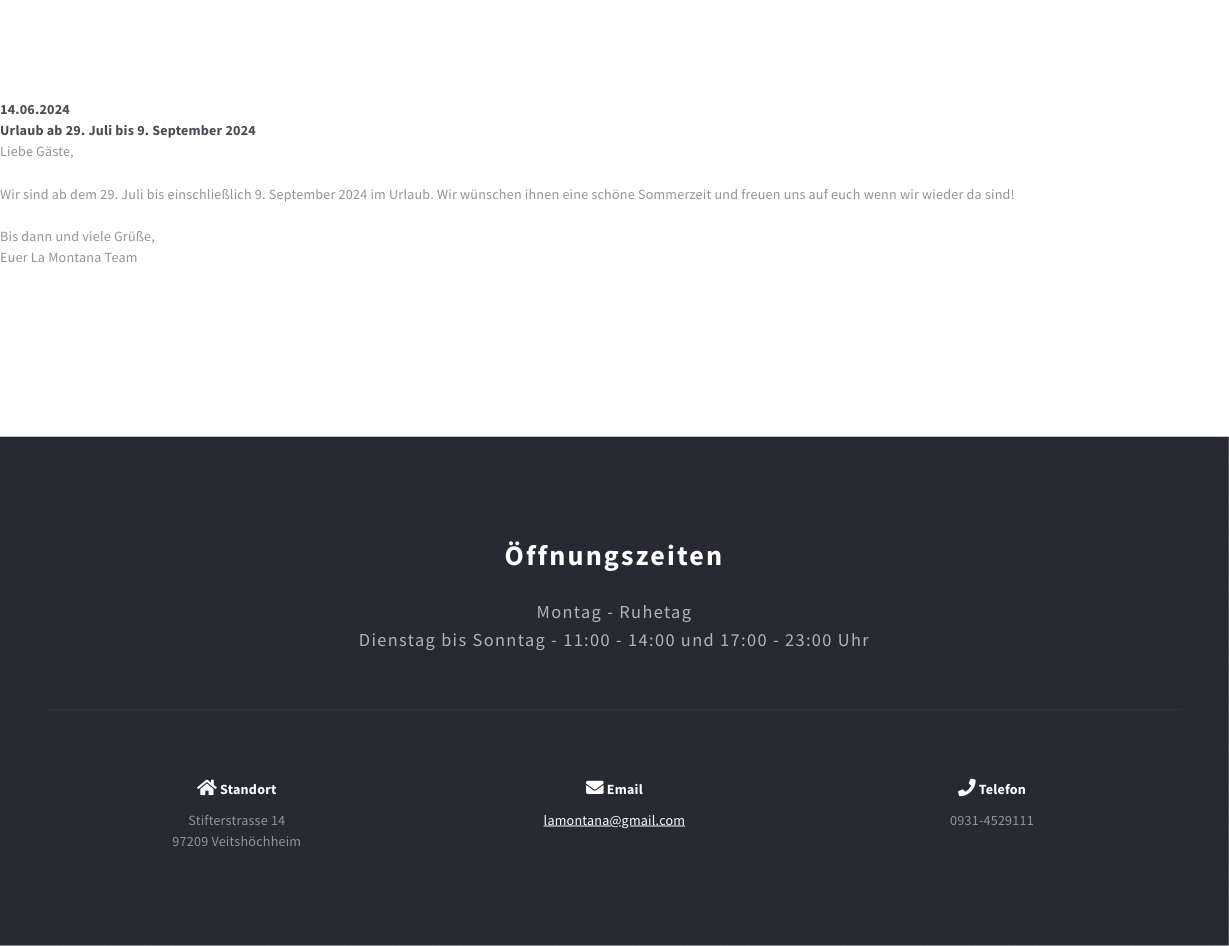
Repository: restaurantlamontana/restaurantlamontana.github.io
Page: blog.html
These files come from the project's save history. The page is drawn as it stood at one moment and after a run of saves; the edit follows.
The browser window is 1280 px wide. The pictures show the part of the page from y = 352 to 1366 px (the page is 1337 px tall before and 1366 px after), at 96% of full size.

Above is the page before, as saved 2024-07-14 18:20:35.

After the next 2 saves:
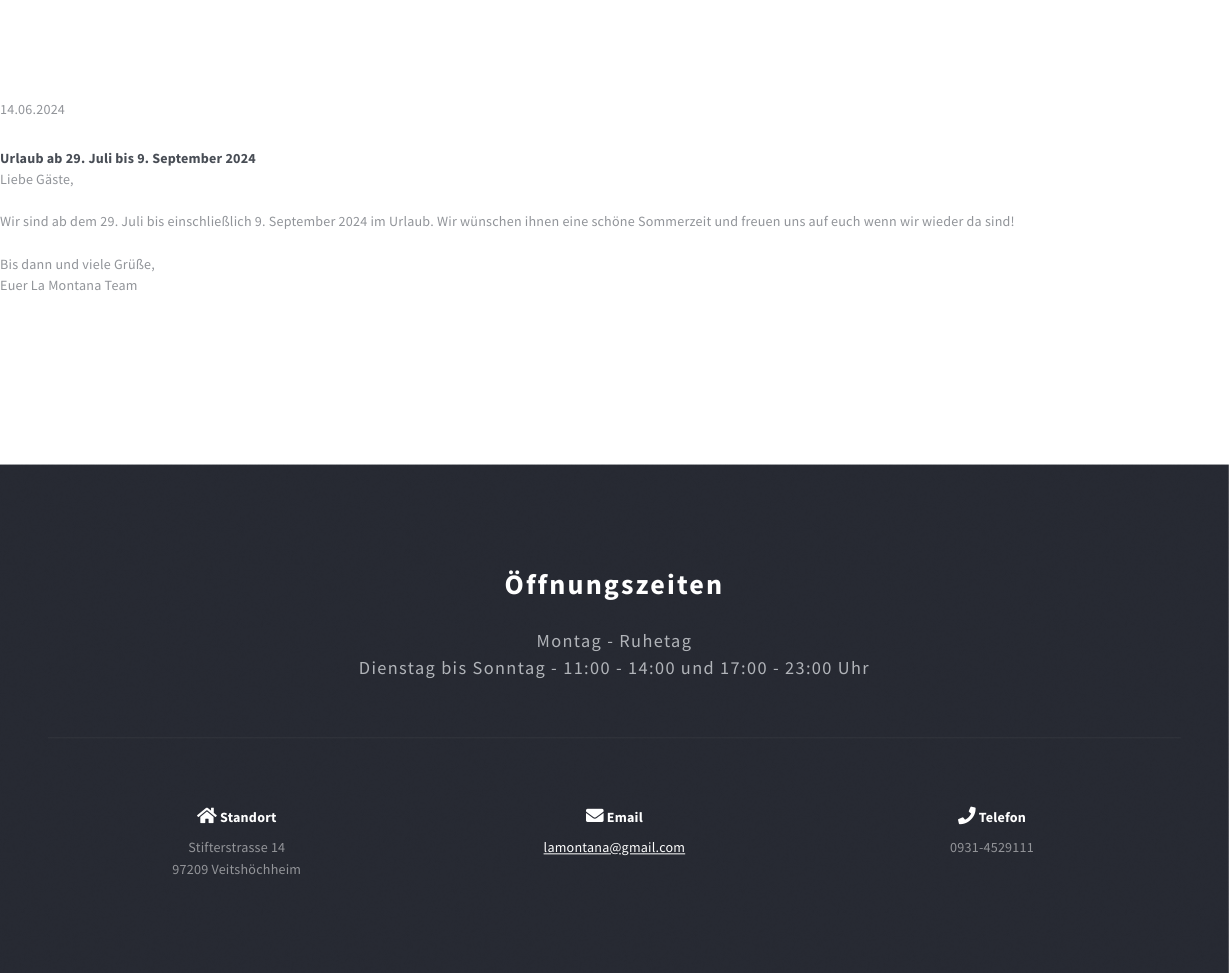
The 2 saves are shown as one change because they came seconds apart.
The last was saved 12 s later.
--- a/blog.html
+++ b/blog.html
@@ -36,7 +36,7 @@
 				<section id="main" class="wrapper style2">
 					<div>
 						<br><br>
-						<h6>14.06.2024</h6>
+						<p>14.06.2024</p>
 						<h1><bold>Urlaub ab 29. Juli bis 9. September 2024</bold></h1>
 						<p>
 							Liebe Gäste,
